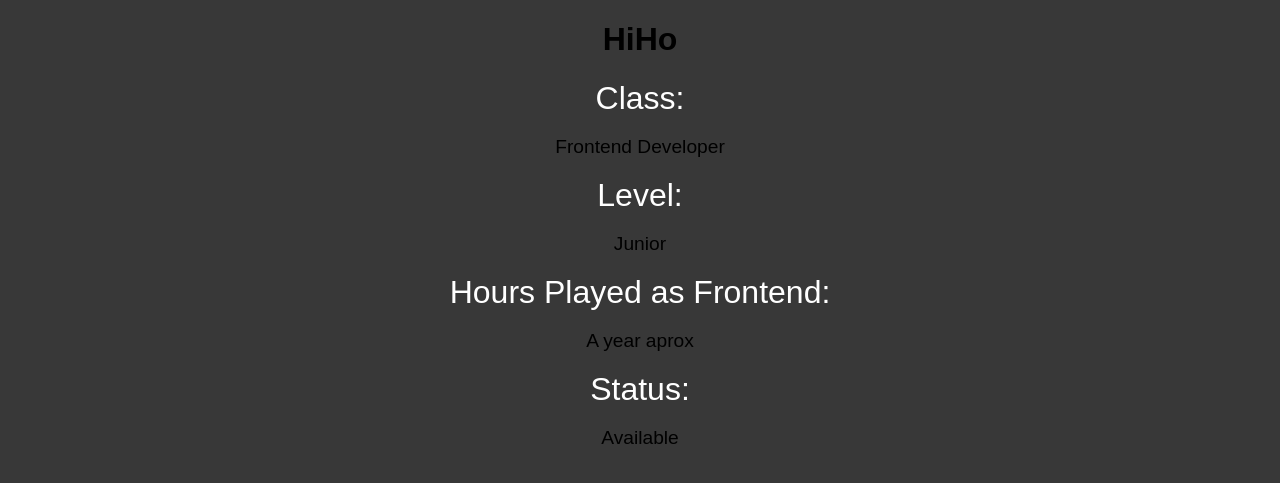
Repository: sernalab/soon
Page: index.html
An editor plug-in stored every save of this project. The page is shown before and after the next save, followed by the edit.
The browser window is 1280 px wide. The pictures show the whole page.
Some web fonts or font styles are not loaded; a fallback is used.

Above is the page before, as saved 2018-12-23 23:56:08.

### index.html
<!DOCTYPE html>
<html lang="en">

<head>
    <meta charset="UTF-8">
    <meta name="viewport" content="width=device-width, initial-scale=1.0">
    <meta http-equiv="X-UA-Compatible" content="ie=edge">
    <title>Lulz</title>
    <link rel="stylesheet" href="css/styles.css">
    <link href="https://fonts.googleapis.com/css?family=Aldrich" rel="stylesheet">
</head>

<body>
    <main>
        <h1>HiHo</h1>
        <span>Class:</span>
        <p> Frontend Developer</p>
        <span>Level:</span>
        <p>Junior</p>
        <span>Hours Played as Frontend:</span>
        <p>A year aprox</p>
        <span>Status:</span>
        <p>Available</p>
    </main>
</body>

<script>
    // google analitycs
</script>

</html>

### css/styles.css
/*! normalize.css v8.0.1 | MIT License | github.com/necolas/normalize.css */


/* Document
   ========================================================================== */


/**
 * 1. Correct the line height in all browsers.
 * 2. Prevent adjustments of font size after orientation changes in iOS.
 */

html {
    line-height: 1.15;
    /* 1 */
    -webkit-text-size-adjust: 100%;
    /* 2 */
}


/* Sections
   ========================================================================== */


/**
 * Remove the margin in all browsers.
 */

body {
    margin: 0;
}


/**
 * Render the `main` element consistently in IE.
 */

main {
    display: block;
}


/**
 * Correct the font size and margin on `h1` elements within `section` and
 * `article` contexts in Chrome, Firefox, and Safari.
 */

h1 {
    font-size: 2em;
    margin: 0.67em 0;
}


/* Grouping content
   ========================================================================== */


/**
 * 1. Add the correct box sizing in Firefox.
 * 2. Show the overflow in Edge and IE.
 */

hr {
    box-sizing: content-box;
    /* 1 */
    height: 0;
    /* 1 */
    overflow: visible;
    /* 2 */
}


/**
 * 1. Correct the inheritance and scaling of font size in all browsers.
 * 2. Correct the odd `em` font sizing in all browsers.
 */

pre {
    font-family: monospace, monospace;
    /* 1 */
    font-size: 1em;
    /* 2 */
}


/* Text-level semantics
   ========================================================================== */


/**
 * Remove the gray background on active links in IE 10.
 */

a {
    background-color: transparent;
}


/**
 * 1. Remove the bottom border in Chrome 57-
 * 2. Add the correct text decoration in Chrome, Edge, IE, Opera, and Safari.
 */

abbr[title] {
    border-bottom: none;
    /* 1 */
    text-decoration: underline;
    /* 2 */
    text-decoration: underline dotted;
    /* 2 */
}


/**
 * Add the correct font weight in Chrome, Edge, and Safari.
 */

b,
strong {
    font-weight: bolder;
}


/**
 * 1. Correct the inheritance and scaling of font size in all browsers.
 * 2. Correct the odd `em` font sizing in all browsers.
 */

code,
kbd,
samp {
    font-family: monospace, monospace;
    /* 1 */
    font-size: 1em;
    /* 2 */
}


/**
 * Add the correct font size in all browsers.
 */

small {
    font-size: 80%;
}


/**
 * Prevent `sub` and `sup` elements from affecting the line height in
 * all browsers.
 */

sub,
sup {
    font-size: 75%;
    line-height: 0;
    position: relative;
    vertical-align: baseline;
}

sub {
    bottom: -0.25em;
}

sup {
    top: -0.5em;
}


/* Embedded content
   ========================================================================== */


/**
 * Remove the border on images inside links in IE 10.
 */

img {
    border-style: none;
}


/* Forms
   ========================================================================== */


/**
 * 1. Change the font styles in all browsers.
 * 2. Remove the margin in Firefox and Safari.
 */

button,
input,
optgroup,
select,
textarea {
    font-family: inherit;
    /* 1 */
    font-size: 100%;
    /* 1 */
    line-height: 1.15;
    /* 1 */
    margin: 0;
    /* 2 */
}


/**
 * Show the overflow in IE.
 * 1. Show the overflow in Edge.
 */

button,
input {
    /* 1 */
    overflow: visible;
}


/**
 * Remove the inheritance of text transform in Edge, Firefox, and IE.
 * 1. Remove the inheritance of text transform in Firefox.
 */

button,
select {
    /* 1 */
    text-transform: none;
}


/**
 * Correct the inability to style clickable types in iOS and Safari.
 */

button,
[type="button"],
[type="reset"],
[type="submit"] {
    -webkit-appearance: button;
}


/**
 * Remove the inner border and padding in Firefox.
 */

button::-moz-focus-inner,
[type="button"]::-moz-focus-inner,
[type="reset"]::-moz-focus-inner,
[type="submit"]::-moz-focus-inner {
    border-style: none;
    padding: 0;
}


/**
 * Restore the focus styles unset by the previous rule.
 */

button:-moz-focusring,
[type="button"]:-moz-focusring,
[type="reset"]:-moz-focusring,
[type="submit"]:-moz-focusring {
    outline: 1px dotted ButtonText;
}


/**
 * Correct the padding in Firefox.
 */

fieldset {
    padding: 0.35em 0.75em 0.625em;
}


/**
 * 1. Correct the text wrapping in Edge and IE.
 * 2. Correct the color inheritance from `fieldset` elements in IE.
 * 3. Remove the padding so developers are not caught out when they zero out
 *    `fieldset` elements in all browsers.
 */

legend {
    box-sizing: border-box;
    /* 1 */
    color: inherit;
    /* 2 */
    display: table;
    /* 1 */
    max-width: 100%;
    /* 1 */
    padding: 0;
    /* 3 */
    white-space: normal;
    /* 1 */
}


/**
 * Add the correct vertical alignment in Chrome, Firefox, and Opera.
 */

progress {
    vertical-align: baseline;
}


/**
 * Remove the default vertical scrollbar in IE 10+.
 */

textarea {
    overflow: auto;
}


/**
 * 1. Add the correct box sizing in IE 10.
 * 2. Remove the padding in IE 10.
 */

[type="checkbox"],
[type="radio"] {
    box-sizing: border-box;
    /* 1 */
    padding: 0;
    /* 2 */
}


/**
 * Correct the cursor style of increment and decrement buttons in Chrome.
 */

[type="number"]::-webkit-inner-spin-button,
[type="number"]::-webkit-outer-spin-button {
    height: auto;
}


/**
 * 1. Correct the odd appearance in Chrome and Safari.
 * 2. Correct the outline style in Safari.
 */

[type="search"] {
    -webkit-appearance: textfield;
    /* 1 */
    outline-offset: -2px;
    /* 2 */
}


/**
 * Remove the inner padding in Chrome and Safari on macOS.
 */

[type="search"]::-webkit-search-decoration {
    -webkit-appearance: none;
}


/**
 * 1. Correct the inability to style clickable types in iOS and Safari.
 * 2. Change font properties to `inherit` in Safari.
 */

::-webkit-file-upload-button {
    -webkit-appearance: button;
    /* 1 */
    font: inherit;
    /* 2 */
}


/* Interactive
   ========================================================================== */


/*
 * Add the correct display in Edge, IE 10+, and Firefox.
 */

details {
    display: block;
}


/*
 * Add the correct display in all browsers.
 */

summary {
    display: list-item;
}


/* Misc
   ========================================================================== */


/**
 * Add the correct display in IE 10+.
 */

template {
    display: none;
}


/**
 * Add the correct display in IE 10.
 */

[hidden] {
    display: none;
}


/* custom css */

body {
    background-color: #252525e8;
    font-family: 'Aldrich', sans-serif;
}

main {
    display: flex;
    flex-direction: column;
    justify-content: baseline;
    align-items: center;
}

span {
    color: white;
    font-size: 2em;
}

p {
    font-size: 1.2em
}

After the next save:
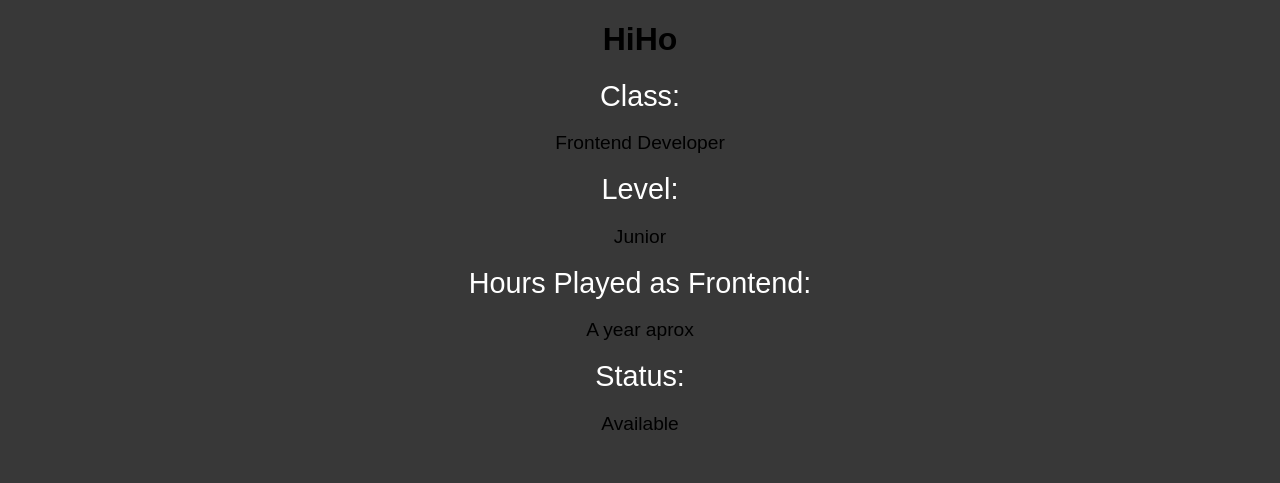
Saved 6 s later.
--- a/css/styles.css
+++ b/css/styles.css
@@ -435,7 +435,7 @@ main {
 
 span {
     color: white;
-    font-size: 2em;
+    font-size: 1.8em;
 }
 
 p {
